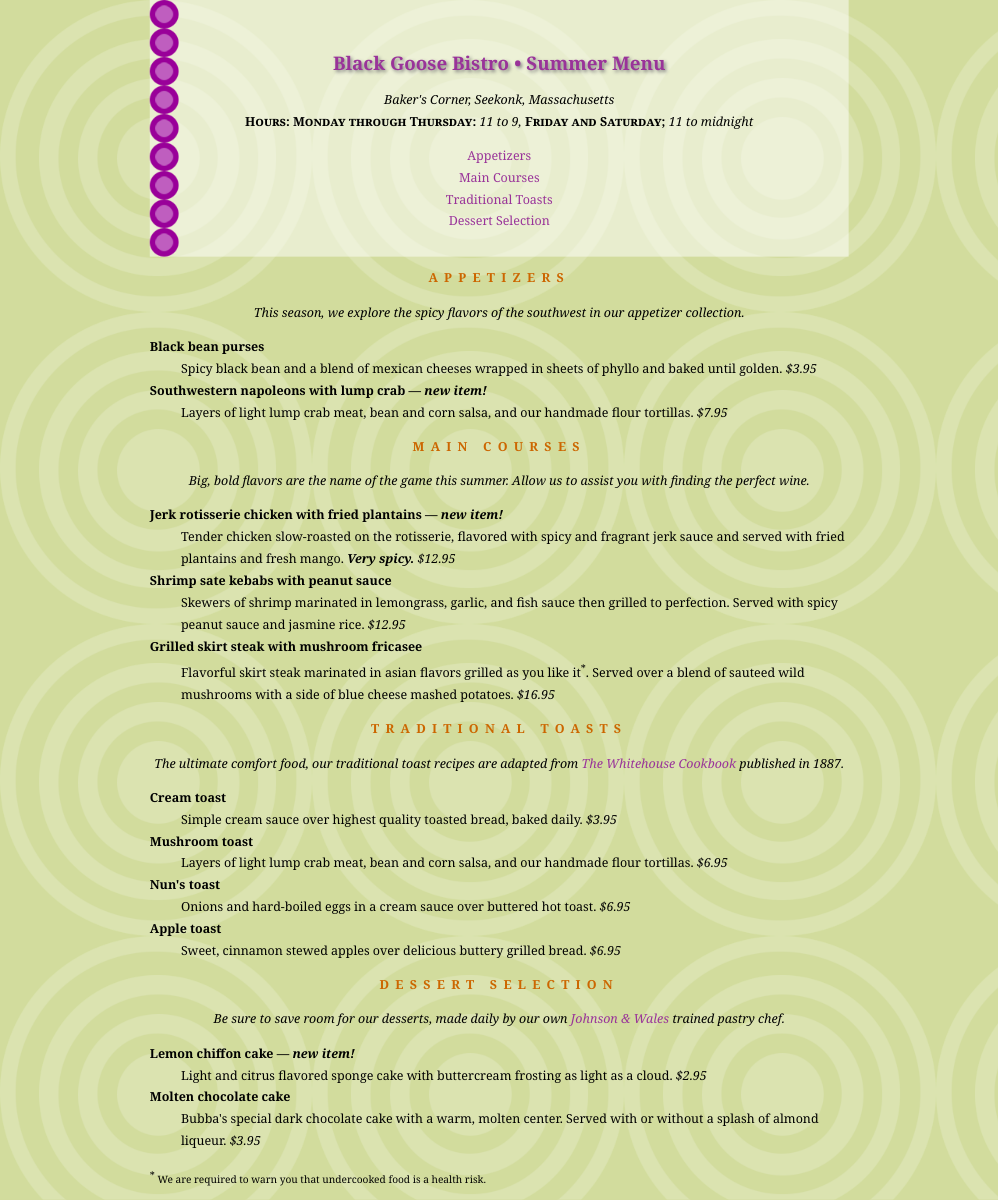
Repository: Colo-Codes/code-practice
Page: 02-css-practice-3.html
The author's editor kept a copy of each file at every save. The page is drawn from the files as they stood at one save, then again after the next save.
The browser window is 1280 px wide. The pictures show the whole page, at 78% of full size.
Some web fonts or font styles are not loaded; a fallback is used.

Above is the page before, as saved 2021-05-06 13:04:40.

### 02-css-practice-3.html
<!DOCTYPE html >
<html>

<head>
<meta charset="utf-8">
<title>Black Goose Bistro Summer Menu</title>
<link href='http://fonts.googleapis.com/css?family=Marko+One' rel='stylesheet' type='text/css'>
<style>
body {
  font-family: Georgia, serif;
  font-size: 100%;
  line-height: 175%;
  margin: 0 15% 0;
  background-color: #d2dc9d;
  background-image: url(./assets/img/bullseye.png);
}
header {
  margin-top: 0;
  padding: 3em 1em 2em 1em;
  text-align: center;
  background-color: rgba(255, 255, 255, .5);
  background-image: url(./assets/img/purpledot.png);
  background-repeat: no-repeat round;
}

/* For link, the order is important */
a {
  text-decoration: none;
  color: #939;
}
a:visited {
  color: #937393;
}
a:focus {
  color: #c700f2;
  background-color: #fff;
}
a:hover {
  color: #c700f2;
  background-color: #fff;
}
a:active {
  color: #f0f;
  background-color: rgba(255, 255, 255, .5);
}


h1 {
  font: bold 1.5em Georgia, serif;
  text-shadow: .1em .1em .2em gray;
  color: #939;
}
h2 {
  font-size: 1em;
  text-transform: uppercase;
  letter-spacing: .5em;
  text-align: center;
  color: #c60;
}
dt {
  font-weight: bold;
}
strong {
  font-style: italic;
}
ul {
	list-style-type: none;
	margin: 0;
	padding: 0;
}
#info p {
  font-style: italic;
}
.price {
  font-family: Georgia, serif;
  font-style: italic;
}
p.warning, sup {
  font-size: small;
}
.label {
  font-weight: bold;
  font-variant: small-caps;
  font-style: normal;
}

h2 + p {
  text-align: center;
  font-style: italic;
}


</style>
</head>

<body>

<header>
<h1>Black Goose Bistro &bull; Summer Menu</h1>

<div id="info">
<p>Baker's Corner, Seekonk, Massachusetts<br>
<span class="label">Hours: Monday through Thursday:</span> 11 to 9, <span class="label">Friday and Saturday;</span> 11 to midnight</p>
<ul>
<li><a href="#appetizers">Appetizers</a></li>
<li><a href="#entrees">Main Courses</a></li>
<li><a href="#toast">Traditional Toasts</a></li>
<li><a href="#dessert">Dessert Selection</a></li>
</ul>
</div>
</header>

<section id="appetizers">
<h2>Appetizers</h2>
<p>This season, we explore the spicy flavors of the southwest in our appetizer collection.</p>

<dl>
<dt>Black bean purses</dt>
<dd>Spicy black bean and a blend of mexican cheeses wrapped in sheets of phyllo and baked until golden. <span class="price">$3.95</span></dd>

<dt class="newitem">Southwestern napoleons with lump crab &mdash; <strong>new item!</strong></dt>
<dd>Layers of light lump crab meat, bean and corn salsa, and our handmade flour tortillas. <span class="price">$7.95</span></dd>
</dl>
</section>

<section id="entrees">

<h2>Main courses</h2>
<p>Big, bold flavors are the name of the game this summer. Allow us to assist you with finding the perfect wine.</p>


<dl>

<dt class="newitem">Jerk rotisserie chicken with fried plantains &mdash; <strong>new item!</strong></dt>
<dd>Tender chicken slow-roasted on the rotisserie, flavored with spicy and fragrant jerk sauce and served with fried plantains and fresh mango. <strong>Very spicy.</strong> <span class="price">$12.95</span></dd>

<dt>Shrimp sate kebabs with peanut sauce</dt>
<dd>Skewers of shrimp marinated in lemongrass, garlic, and fish sauce then grilled to perfection. Served with spicy peanut sauce and jasmine rice. <span class="price">$12.95</span></dd>

<dt>Grilled skirt steak with mushroom fricasee</dt>
<dd>Flavorful skirt steak marinated in asian flavors grilled as you like it<sup>*</sup>. Served over a blend of sauteed wild mushrooms with a side of blue cheese mashed potatoes. <span class="price">$16.95</span></dd>
</dl>

</section>

<section id="toast">
<h2>Traditional Toasts</h2>
<p>The ultimate comfort food, our traditional toast recipes are adapted from <a href="http://www.gutenberg.org/files/13923/13923-h/13923-h.htm"><cite>The Whitehouse Cookbook</cite></a> published in 1887.</p>

<dl>
<dt>Cream toast</dt>
<dd>Simple cream sauce over highest quality toasted bread, baked daily. <span class="price">$3.95</span></dd>

<dt>Mushroom toast</dt>
<dd>Layers of light lump crab meat, bean and corn salsa, and our handmade flour tortillas. <span class="price">$6.95</span></dd>

<dt>Nun's toast</dt>
<dd>Onions and hard-boiled eggs in a cream sauce over buttered hot toast. <span class="price">$6.95</span></dd>

<dt>Apple toast</dt>
<dd>Sweet, cinnamon stewed apples over delicious buttery grilled bread. <span class="price">$6.95</span></dd>
</dl>
</section>

<section id="dessert">
<h2>Dessert Selection</h2>
<p>Be sure to save room for our desserts, made daily by our own <a href="http://www.jwu.edu/college.aspx?id=19510">Johnson & Wales</a> trained pastry chef.</p>

<dl>
<dt class="newitem">Lemon chiffon cake &mdash; <strong>new item!</strong></dt>
<dd>Light and citrus flavored sponge cake with buttercream frosting as light as a cloud. <span class="price">$2.95</span></dd>

<dt class="newitem">Molten chocolate cake</dt>
<dd>Bubba's special dark chocolate cake with a warm, molten center. Served with or without a splash of almond liqueur. <span class="price">$3.95</span></dd>
</dl>
</section>

<footer>
<p class="warning"><sup>*</sup> We are required to warn you that undercooked food is a health risk.</p>
</footer>

</body>
</html>

After the next save:
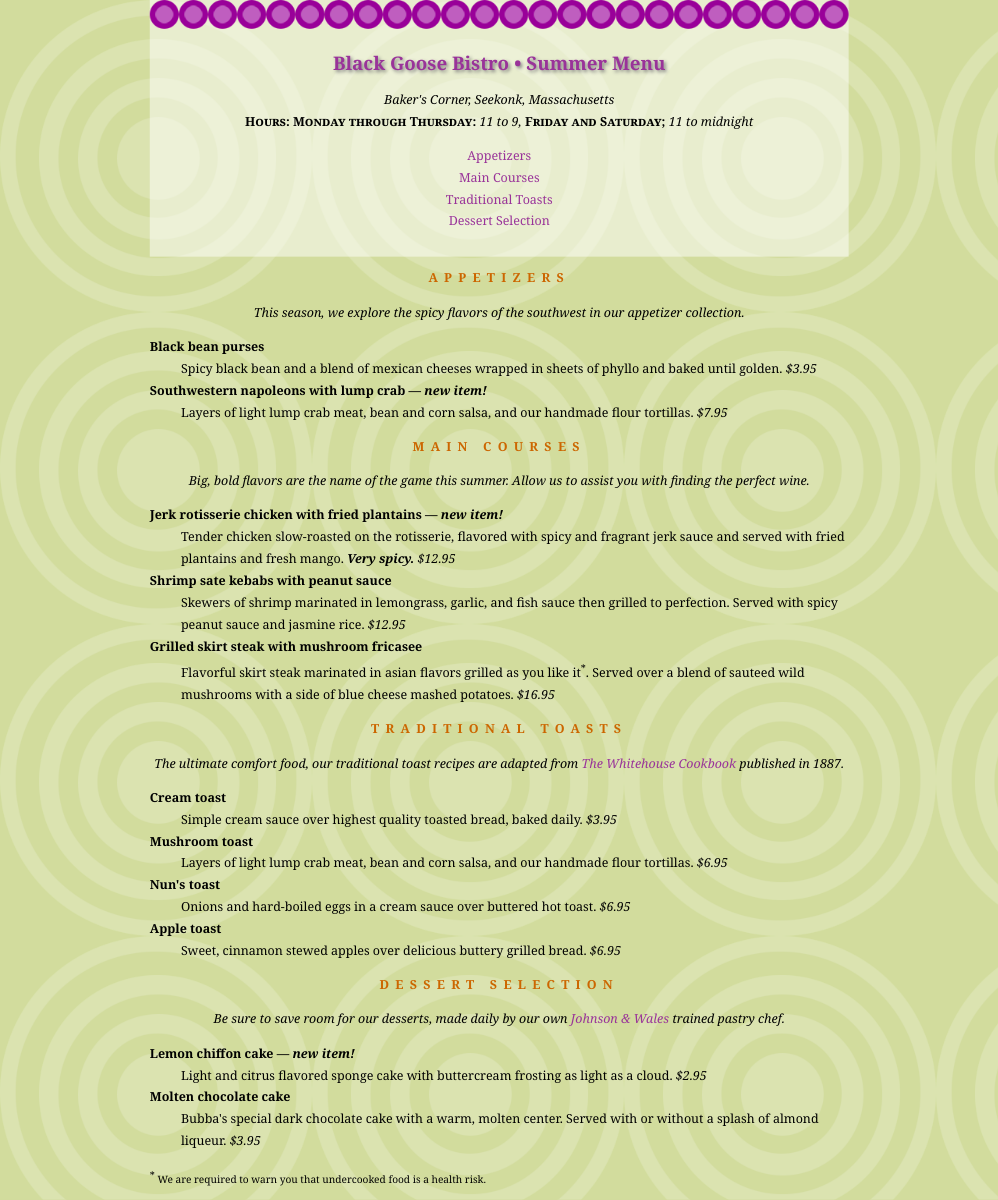
Saved 18 s later.
--- a/02-css-practice-3.html
+++ b/02-css-practice-3.html
@@ -20,7 +20,7 @@ header {
   text-align: center;
   background-color: rgba(255, 255, 255, .5);
   background-image: url(./assets/img/purpledot.png);
-  background-repeat: no-repeat round;
+  background-repeat: round no-repeat;
 }
 
 /* For link, the order is important */
